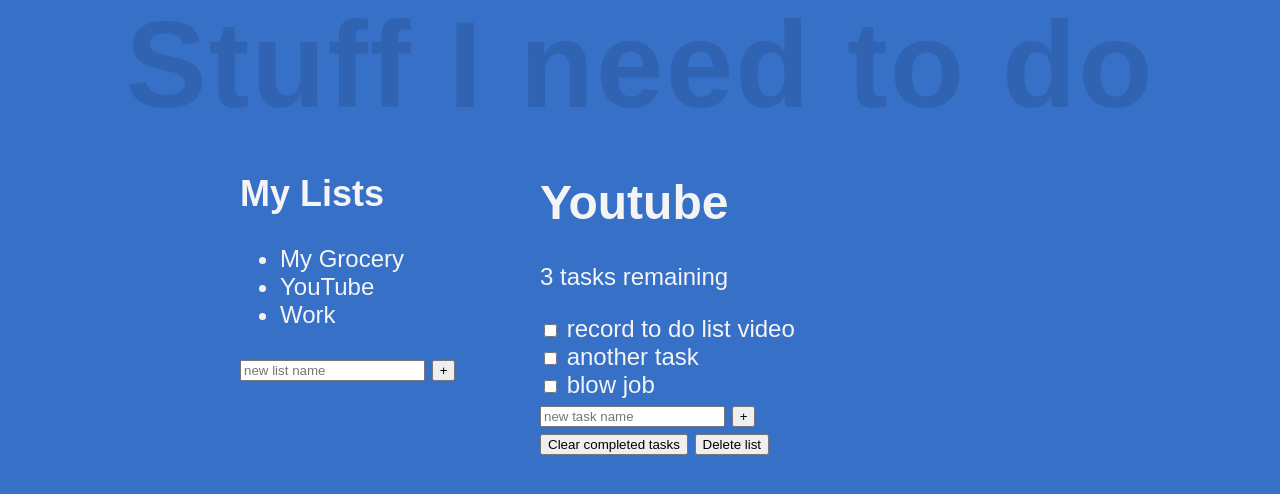
Repository: MohammadMazloum123/To-Do-List-App-
Page: index.html
An editor plug-in stored every save of this project. The page is shown before and after the next save, followed by the edit.
The browser window is 1280 px wide. The pictures show the whole page.

Above is the page before, as saved 2024-02-15 12:36:24.

After the next save:
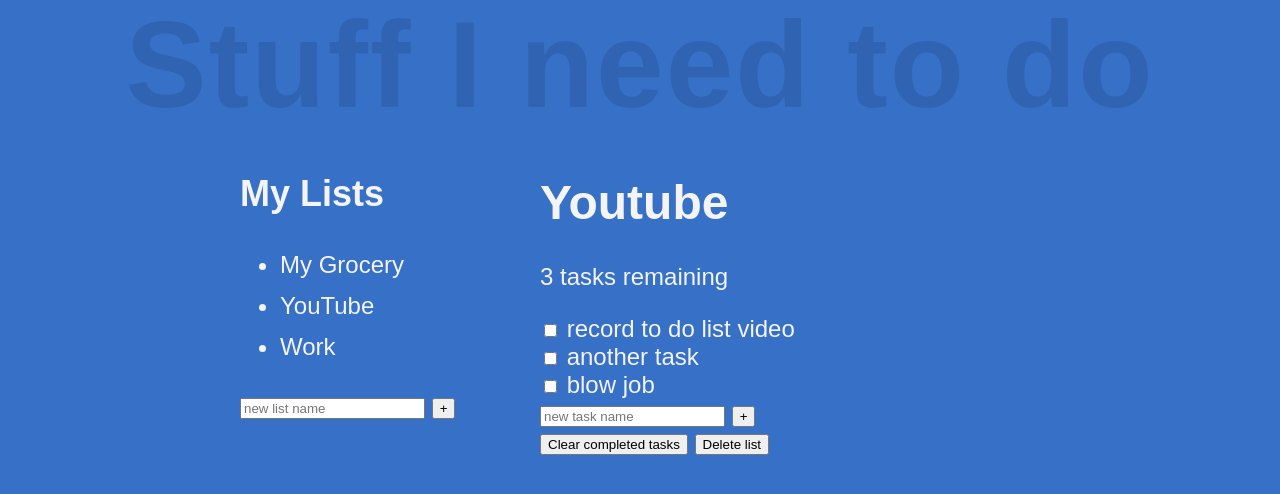
Saved 7 s later.
--- a/index.html
+++ b/index.html
@@ -10,7 +10,7 @@
     <h1 class="title">Stuff I need to do</h1>
     <div class="all-tasks">
         <h2 class="task-list-title">My Lists</h2>
-        <ul class="task-liist">
+        <ul class="task-list">
             <li class="active-list">My Grocery</li>
             <li>YouTube</li>
             <li>Work</li>
